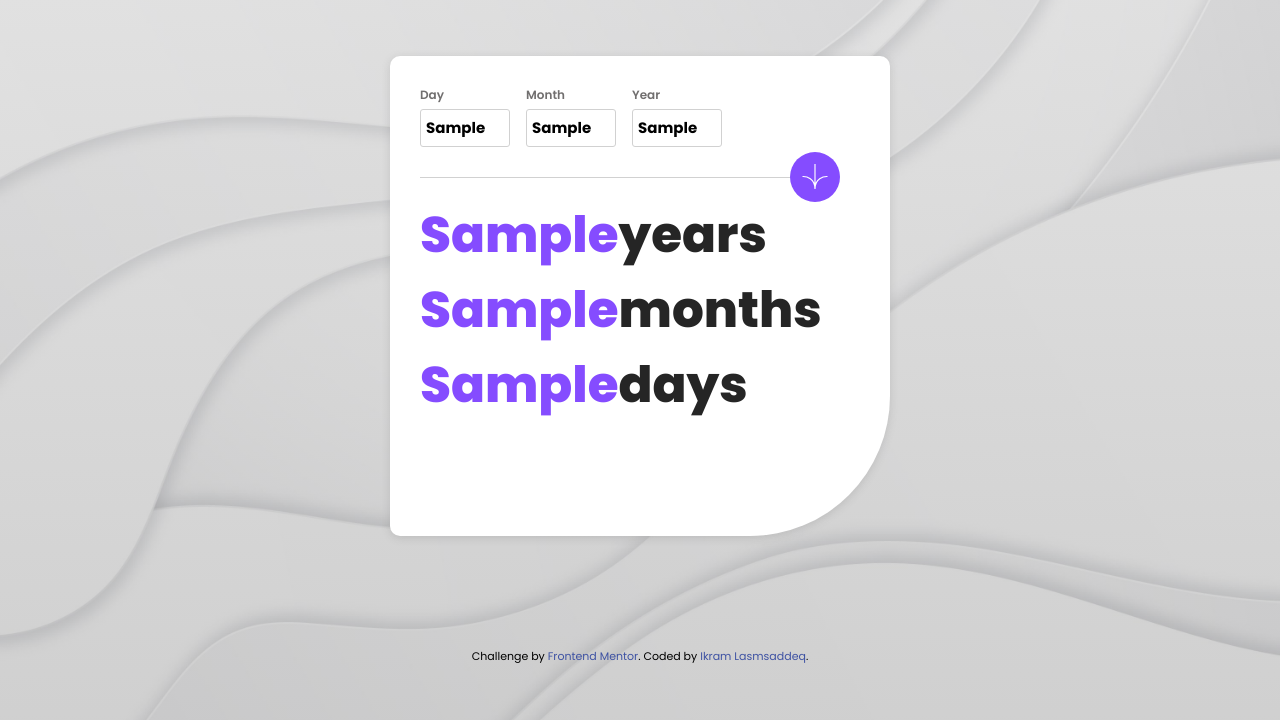
Repository: ikram-lisa/age-display
Page: /
The author's editor kept a copy of each file at every save. The page is drawn from the files as they stood at one save, then again after the next save.
The browser window is 1280 px wide. The pictures show the whole page.
Empty fields were first filled with sample values (such as "Sample", 5 or name@example.com).
After loading, the first visible `#form` was submitted once.
Some web libraries are served in a nearby version. The project was rebuilt for these pictures with package versions that can differ from the ones it lists, and the page was loaded fresh each time.

Above is the page before, as saved 2024-05-01 16:22:09.

### index.html
<!DOCTYPE html>
<html lang="en">
  <head>
    <meta charset="UTF-8" />
    <meta name="viewport" content="width=device-width, initial-scale=1.0" />
    <!-- displays site properly based on user's device -->
    <link href="https://cdn.tailwindcss.com" rel="stylesheet" />
    <!-- <link rel="stylesheet" href="./css/style.scss" /> -->
    <link
      rel="icon"
      type="image/png"
      sizes="32x32"
      href="./assets/images/favicon-32x32.png"
    />

    <title>Frontend Mentor | Age calculator app</title>
    <style>
      .attribution {
        font-size: 11px;
        text-align: center;
      }
      .attribution a {
        color: hsl(228, 45%, 44%);
      }
    </style>
  </head>
  <script type="module" src="script/script.js"></script>
  <body>
    <section class="calculator">
      <form id="form" action="">
        <div class="formInput active error">
          <label for="day">Day</label>
          <input
            type="text"
            class="day"
            id="day"
            type="number"
            name="day"
            placeholder="DD"
            required
          />
          <span class="error-message" style="color: red; display: none"
            >Invalid day</span
          >
        </div>

        <div class="formInput active error">
          <label for="month">Month</label>
          <input
            type="text"
            class="month"
            id="month"
            type="number"
            name="month"
            placeholder="MM"
            required
          />
          <span class="error-message" style="color: red; display: none"
            >Invalid month</span
          >
        </div>

        <div class="formInput active error">
          <label for="year">Year</label>
          <input
            type="text"
            class="year"
            id="year"
            type="number"
            name="year"
            placeholder="YYYY"
            required
          />
          <span class="error-message" style="color: red; display: none"
            >Invalid year</span
          >
        </div>
        <button class="submit" type="submit">
          <img src="./assets/images/icon-arrow.svg" alt="submit" />
        </button>
      </form>
      <hr class="separator" />
      <div class="result">
        <p class="years"><span></span>years</p>
        <p class="month"><span></span>months</p>
        <p class="days"><span></span>days</p>
      </div>
    </section>
    <footer>
      <div class="attribution">
        Challenge by
        <a href="https://www.frontendmentor.io?ref=challenge" target="_blank"
          >Frontend Mentor</a
        >. Coded by <a href="#">Ikram Lasmsaddeq</a>.
      </div>
    </footer>
  </body>
</html>

### script/script.js
import "../css/style.scss";

const form = document.querySelector("#form");

console.log("Form:", form);

form.addEventListener("submit", onFormSubmit);

function onFormSubmit(e) {
  e.preventDefault();
  const data = new FormData(e.target);
  const year = data.get("year");
  const month = data.get("month");
  const day = data.get("day");

  const yearsSpan = document.querySelector(".years span");
  const monthsSpan = document.querySelector(".month span");
  const daysSpan = document.querySelector(".days span");

  yearsSpan.textContent = year.trim() === "" ? "--" : year;
  monthsSpan.textContent = month.trim() === "" ? "--" : month;
  daysSpan.textContent = day.trim() === "" ? "--" : day;
}

### css/style.scss
@use "./base/variable" as *;
@use "./base/font.scss" as *;

@tailwind base;
@tailwind components;
@tailwind utilities;

* {
  margin: 0;
  padding: 0;
  box-sizing: border-box;
}
body {
  height: 100vh;
  background: linear-gradient(
      rgba(196, 196, 196, 0.5),
      rgba(161, 161, 161, 0.5)
    ),
    url("../images/background.jpg");
  background-size: cover;
  background-position: center;
  background-repeat: no-repeat;
  font-size: 32px;
  font-family: "Poppins", sans-serif;
  display: grid;
  place-items: center;
}
.calculator {
  width: 40%;
  min-width: 480px;
  max-width: 500px;
  height: 480px;
  background-color: white;
  border-radius: 10px 10px 140px 10px;
  box-shadow: rgba(99, 99, 99, 0.2) 0px 2px 8px 0px;
  position: relative;
  display: flex;
  flex-direction: column;
  padding: 30px;
  #form {
    display: flex;
    flex-wrap: wrap;
    margin-bottom: 30px;
    gap: 16px;
    .formInput {
      display: flex;
      flex-direction: column;

      label {
        font-size: 12px;
        font-weight: 600;
        margin-bottom: 5px;
        color: $smokeyGrey;
      }
      input[type="text"] {
        border: 1px solid rgb(209, 209, 209);
        border-radius: 3px;
        padding: 7px 5px;
        outline: none;
        font-weight: bold;
        font-size: 15px;
        width: 90px;
      }
      .error,
      .error-message {
        display:none label {
          color: $lightRed;
        }
        input[type="text"]:invalid {
          border: 1px solid $lightRed;
          color: $lightRed;
        }
        input[type="text"] {
          border: 1px solid $lightRed;
          color: $lightRed;
        }
      }
      .active {
        input[type="text"]:valid {
          border: 1px solid $purple;
          color: $purple;
        }
        input[type="text"] {
          border: 1px solid $purple;
          color: $purple;
        }
      }
    }
    .submit {
      width: 50px;
      height: 50px;
      border-radius: 50%;
      display: flex;
      justify-content: center;
      align-items: center;
      background-color: $purple;
      color: white;
      border: none;
      padding: 10px;
      position: absolute;
      top: 20%;
      right: 10%;
      cursor: pointer;
      transition: all 0.3s;

      &:hover {
        background-color: darken($purple, 10%);
      }
      img {
        width: 25px;
        height: 25px;
        display: block;
        min-width: 30px;
      }
    }
  }

  .separator {
    width: 90%;
    height: 1px;
    background-color: rgb(209, 209, 209);
    border: none;
  }
  .result {
    margin-top: 20px;
    .years,
    .month,
    .days {
      font-size: 50px;
      color: #252525;
      font-weight: 800;
      span {
        color: $purple;
      }
    }
  }
}

@media (max-width: 530px) {
  body {
    font-size: 24px; // Smaller font size for smaller devices
  }
  .calculator {
    padding: 15px; // Less padding for tighter spaces
  }
  .submit {
    top: 20%; // Adjusting position to fit smaller screens
    right: 5%; // More margin space
  }
}
@media (max-width: 375px) {
}

@media (max-width: 768px) {
  .calculator {
    width: 80%; // Increasing width on smaller screens
    min-width: 300px; // Adjusted min-width
  }
}
@media (max-width: 1440px) {
}

### css/base/_variable.scss
// Primary

$purple: hsl(259, 100%, 65%);
$lightRed: hsl(0, 100%, 67%);

// Neutral

$white: hsl(0, 0%, 100%);
$offWhite: hsl(0, 0%, 94%);
$lightGrey: hsl(0, 0%, 86%);
$smokeyGrey: hsl(0, 1%, 44%);
$offBlack: hsl(0, 0%, 8%);

### css/base/_font.scss
@import url("https://fonts.googleapis.com/css2?family=Montserrat:ital,wght@0,100..900;1,100..900&family=Open+Sans:ital,wght@0,400;0,600;0,700;0,800;1,400;1,700;1,800&family=Poppins:ital,wght@0,200;0,300;0,400;0,500;0,600;0,700;0,800;0,900;1,100;1,200;1,300;1,400;1,500;1,600;1,700;1,800;1,900&display=swap");

Loaded but not shown: tailwind.config.js (1075 lines, source omitted)

After the next save:
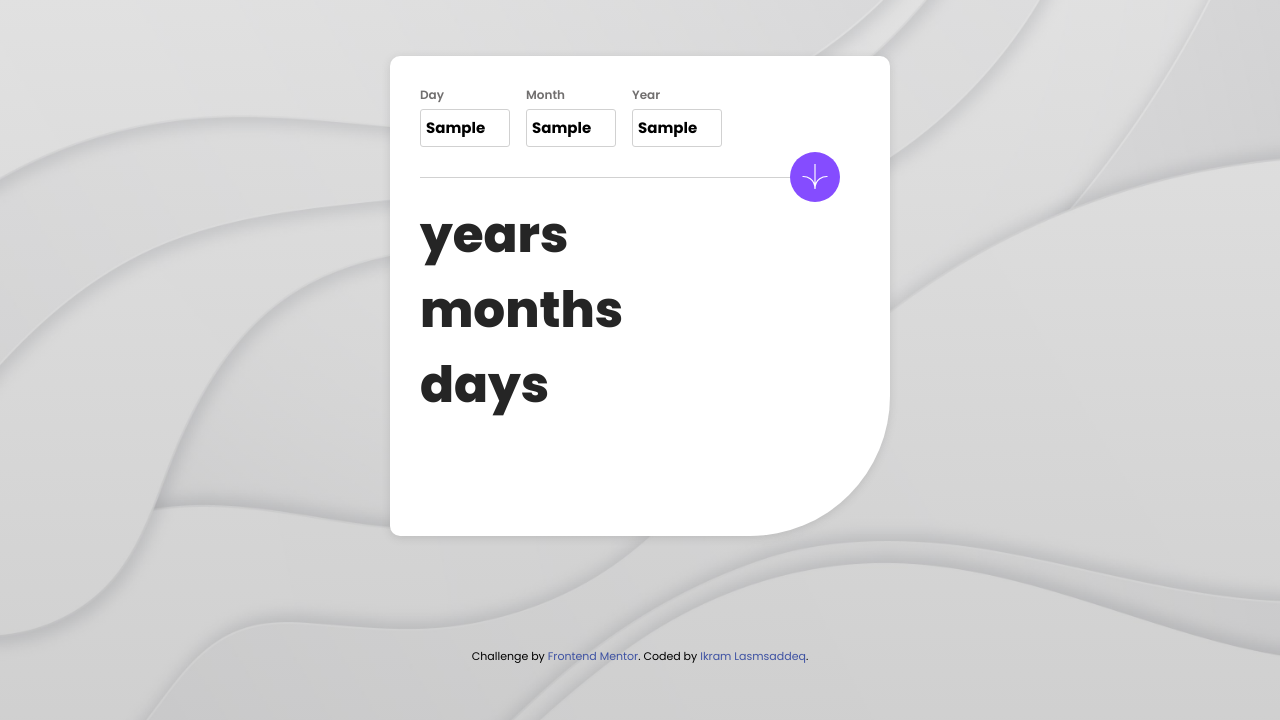
Saved 50 s later.
--- a/script/script.js
+++ b/script/script.js
@@ -1,23 +1,85 @@
 import "../css/style.scss";
 
-const form = document.querySelector("#form");
+// const form = document.querySelector("#form");
 
-console.log("Form:", form);
+// console.log("Form:", form);
 
-form.addEventListener("submit", onFormSubmit);
+// form.addEventListener("submit", onFormSubmit);
 
-function onFormSubmit(e) {
-  e.preventDefault();
-  const data = new FormData(e.target);
-  const year = data.get("year");
-  const month = data.get("month");
-  const day = data.get("day");
+// function onFormSubmit(e) {
+//   e.preventDefault();
+//   const data = new FormData(e.target);
+//   const year = data.get("year");
+//   const month = data.get("month");
+//   const day = data.get("day");
 
-  const yearsSpan = document.querySelector(".years span");
-  const monthsSpan = document.querySelector(".month span");
-  const daysSpan = document.querySelector(".days span");
+//   const yearsSpan = document.querySelector(".years span");
+//   const monthsSpan = document.querySelector(".month span");
+//   const daysSpan = document.querySelector(".days span");
 
-  yearsSpan.textContent = year.trim() === "" ? "--" : year;
-  monthsSpan.textContent = month.trim() === "" ? "--" : month;
-  daysSpan.textContent = day.trim() === "" ? "--" : day;
+//   yearsSpan.textContent = year.trim() === "" ? "--" : year;
+//   monthsSpan.textContent = month.trim() === "" ? "--" : month;q
+//   daysSpan.textContent = day.trim() === "" ? "--" : day;
+// }
+
+document.addEventListener("DOMContentLoaded", function () {
+  const form = document.querySelector("#form");
+  const inputs = document.querySelectorAll("#form input[type='number']");
+
+  inputs.forEach((input) => {
+    input.addEventListener("input", function () {
+      // Remove previous error messages and styles
+      this.classList.remove("input-error");
+      const errorSpan = this.parentNode.querySelector(".error-message");
+      errorSpan.style.display = "none";
+
+      // Add active class
+      this.classList.add("input-active");
+
+      // Validate the input
+      if (!validateInput(this)) {
+        this.classList.add("input-error");
+        this.classList.remove("input-active");
+        errorSpan.style.display = "block"; // Show error message
+      }
+    });
+  });
+
+  form.addEventListener("submit", function (e) {
+    e.preventDefault();
+    let isValid = true;
+
+    inputs.forEach((input) => {
+      if (!validateInput(input)) {
+        input.classList.add("input-error");
+        input.parentNode.querySelector(".error-message").style.display =
+          "block";
+        isValid = false;
+      }
+    });
+
+    if (isValid) {
+      // Handle successful validation
+      console.log("Form valid, submitting data or updating interface.");
+    } else {
+      console.log("Validation errors, please check the form.");
+    }
+  });
+});
+
+function validateInput(input) {
+  const name = input.name;
+  const value = input.value;
+  switch (name) {
+    case "day":
+      return value >= 1 && value <= 31;
+    case "month":
+      return value >= 1 && value <= 12;
+    case "year":
+      return (
+        value.length === 4 && value >= 1900 && value <= new Date().getFullYear()
+      );
+    default:
+      return false;
+  }
 }
